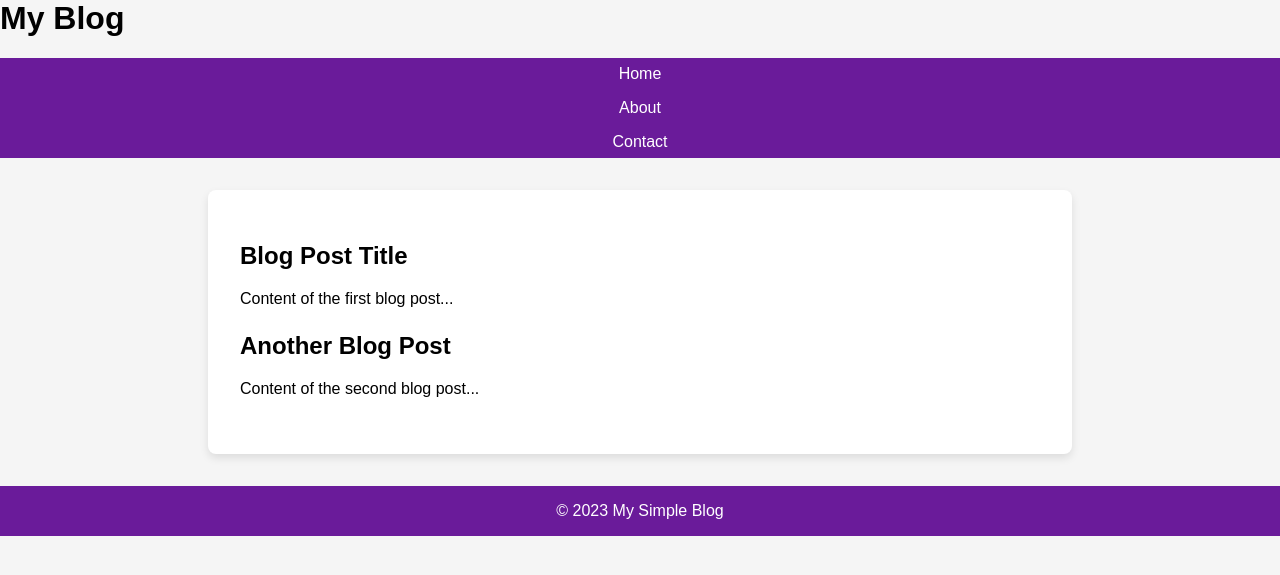
Repository: Femi007-gh/BLOG
Page: index.html
An editor plug-in stored every save of this project. The page is shown before and after the next save, followed by the edit.
The browser window is 1280 px wide. The pictures show the whole page.

Above is the page before, as saved 2025-01-08 08:58:35.

After the next save:
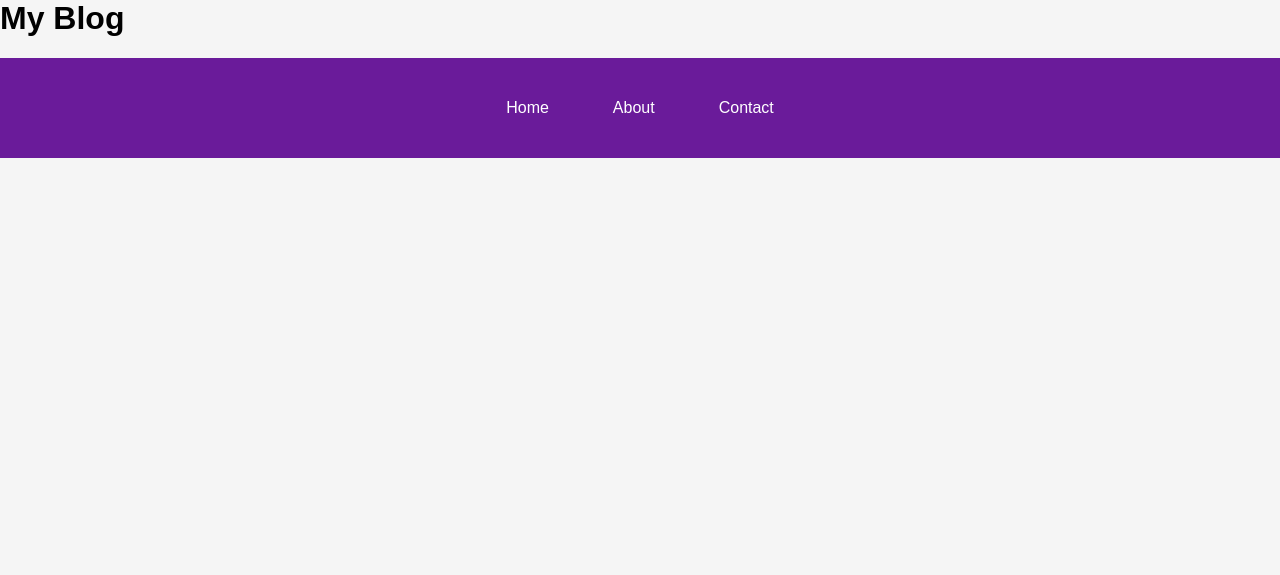
Saved 92 s later.
--- a/index.html
+++ b/index.html
@@ -1,29 +1,18 @@
 <html>
-<head>
-  <title>My Blog</title>
-  <link rel="stylesheet" href="style.css">
-</head>
-<body>
-  <header>
-    <h1>My Blog</h1>
-  </header>
-  <nav>
-    <a href="#">Home</a>
-    <a href="#">About</a>
-    <a href="#">Contact</a>
-  </nav>
-  <div class="container">
-    <div class="blog-post">
-      <h2>Blog Post Title</h2>
-      <p>Content of the first blog post...</p>
-    </div>
-    <div class="blog-post">
-      <h2>Another Blog Post</h2>
-      <p>Content of the second blog post...</p>
-    </div>
-  </div>
-  <footer>
-    &copy; 2023 My Simple Blog
-  </footer>
-</body>
+  <head>
+    <title>BLOG</title>
+    <link rel="stylesheet" href="style.css">
+  </head>
+  <body>
+    <header>
+      <h1 class="head">My Blog</h1>
+      <nav>
+        <ul>
+          <li><a href="#">Home</a></li>
+          <li><a href="#">About</a></li>
+          <li><a href="#">Contact</a></li>
+        </ul>
+      </nav>
+    </header>
+  </body>
 </html>
